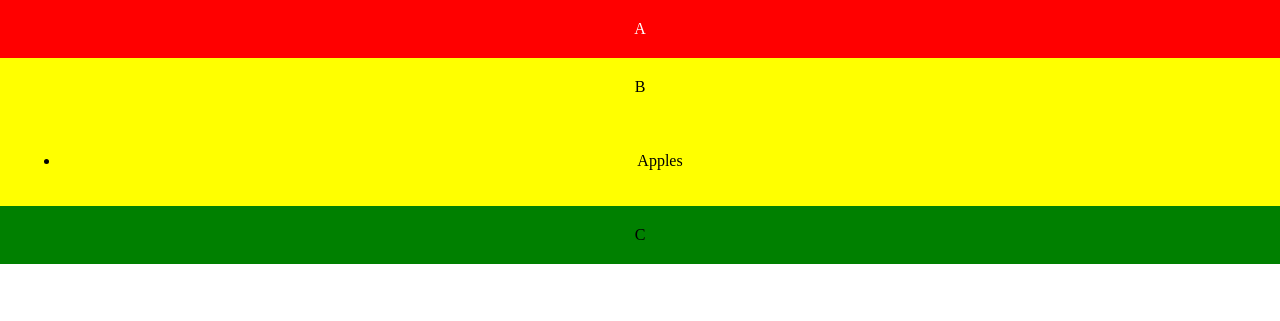
Repository: zdsherlock/Test-for-js
Page: index.html
The author's editor kept a copy of each file at every save. The page is drawn from the files as they stood at one save, then again after the next save.
The browser window is 1280 px wide. The pictures show the whole page.

Above is the page before, as saved 2021-03-28 15:28:29.

### index.html
<!DOCTYPE html>
<html lang = "en">
    <head>
        <meta charset="UTF-8">
        <meta name="viewport" content="width=device-width, initial-scale=1.0">
        <title>2021练习页面</title>
        <link rel="stylesheet" href="css/style.css">
    </head>
    <body>
        <header>A</header>
        <section>B</section>
        <section>
            <ul>
                <li>Apples</li>
            </ul>
        </section>
        <footer>C</footer>

        <script src="scripts/main.js"></script>
    </body>
</html>

### css/style.css
body    {
    margin:  0;
    padding:  0;
}

header  {
    background-color:  red;
    color:  white;
    padding:  20px;
    text-align:  center;
}

section {
    background-color: yellow;
    padding:  20px;
    text-align:  center;
}

footer  {
    background-color: green;
    padding:  20px;
    text-align:  center;
}

Loaded but not shown: scripts/main.js (no stored copy; drawn as an empty file)

After the next save:
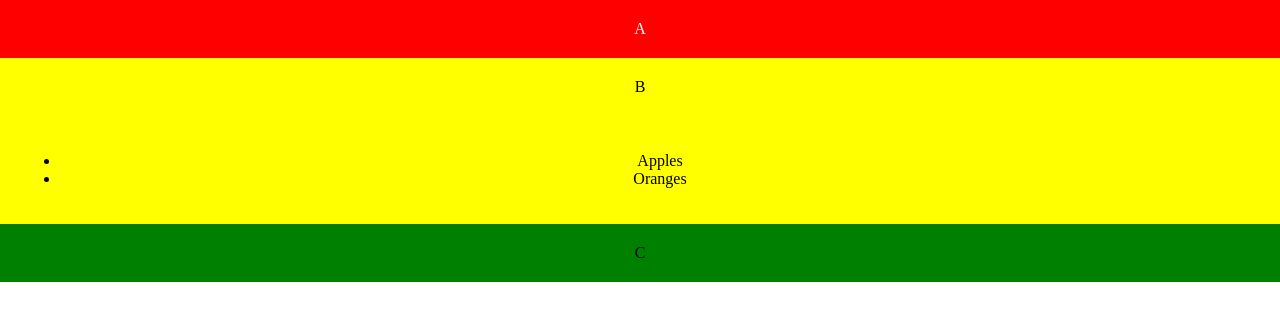
Saved 4 s later.
--- a/index.html
+++ b/index.html
@@ -12,6 +12,7 @@
         <section>
             <ul>
                 <li>Apples</li>
+                <li>Oranges</li>
             </ul>
         </section>
         <footer>C</footer>
